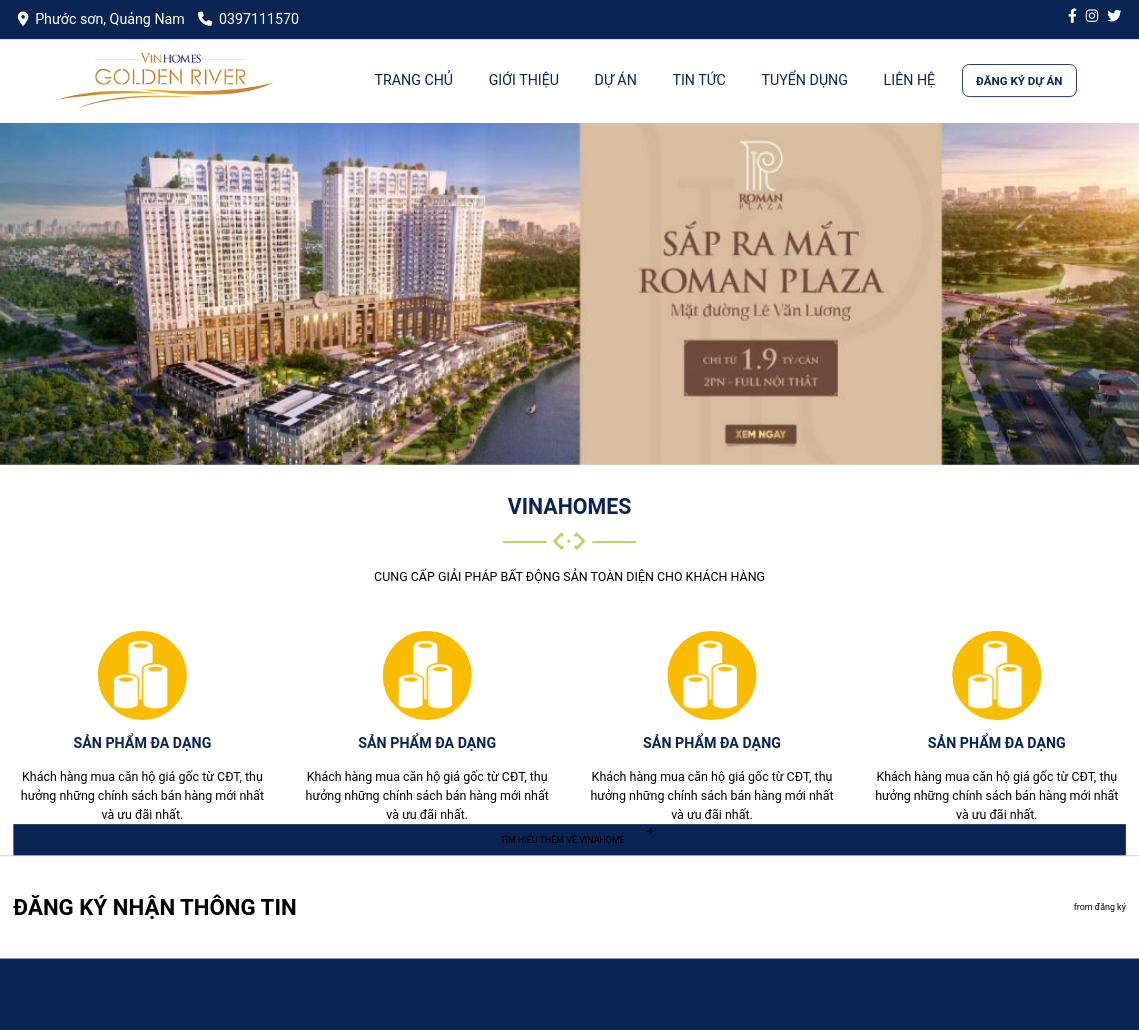
Repository: phamphuc2/fontend-bds
Page: index.html
The author's editor kept a copy of each file at every save. The page is drawn from the files as they stood at one save, then again after the next save.
The browser window is 1280 px wide. The pictures show the part of the page from y = 0 to 1157 px (the page is 1620 px tall before and 1625 px after), at 89% of full size.
A picture or video elsewhere on the page could not be fetched, so the positions and the page height are approximate. Some web libraries are served in a nearby version.

Above is the page before, as saved 2022-06-08 15:29:14.

After the next save:
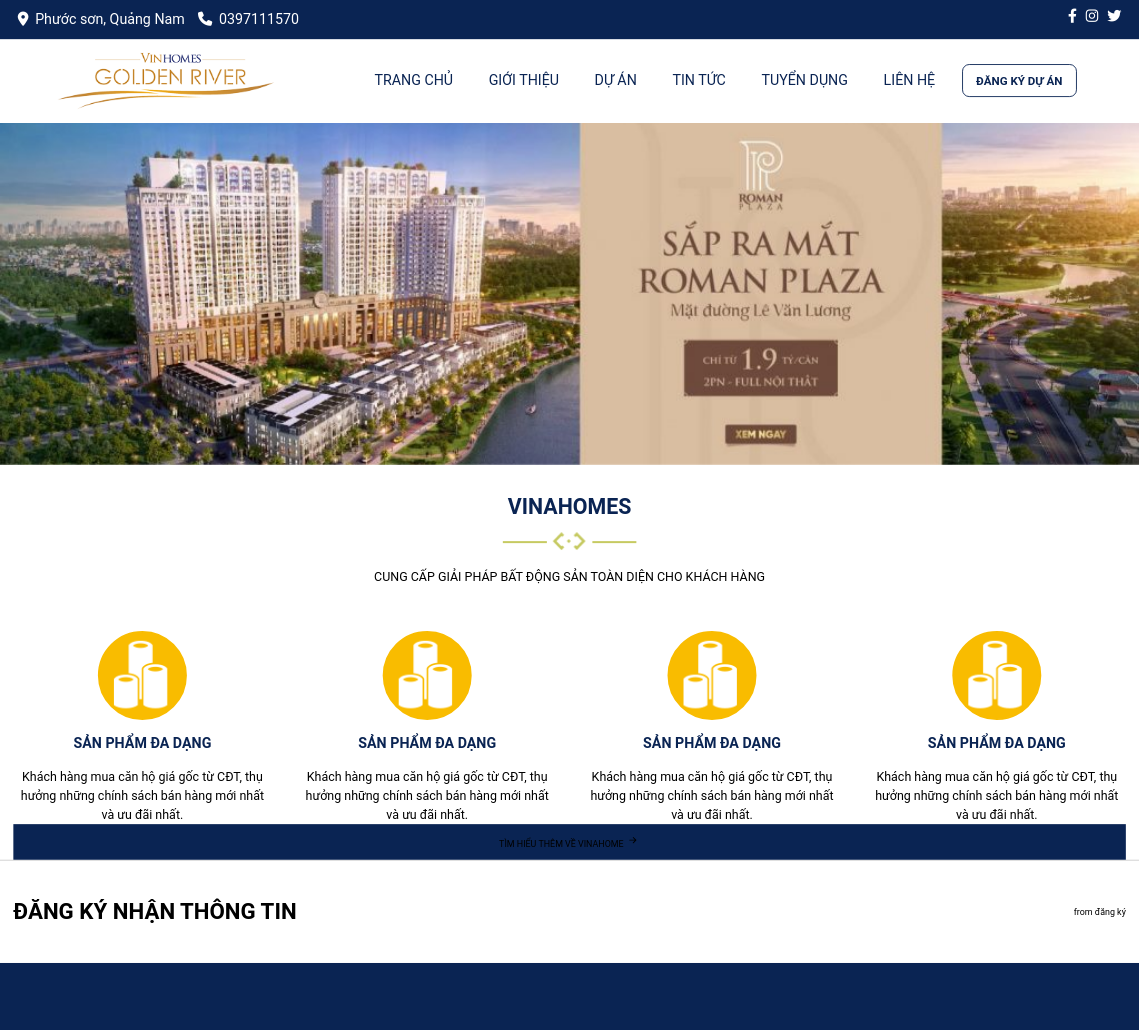
Saved 14 s later.
--- a/index.html
+++ b/index.html
@@ -185,10 +185,10 @@
              </div>
             <div class="col-12">
                 <div class="btn-learn-about">
-                    <a href="">TÌM HIỂU THÊM VỀ VINAHOME</a>
-                    <svg xmlns="http://www.w3.org/2000/svg" width="16" height="16" fill="currentColor" class="bi bi-arrow-right-short" viewBox="0 0 16 16">
+                    <a href="">TÌM HIỂU THÊM VỀ VINAHOME  <svg xmlns="http://www.w3.org/2000/svg" width="16" height="16" fill="currentColor" class="bi bi-arrow-right-short" viewBox="0 0 16 16">
                         <path fill-rule="evenodd" d="M4 8a.5.5 0 0 1 .5-.5h5.793L8.146 5.354a.5.5 0 1 1 .708-.708l3 3a.5.5 0 0 1 0 .708l-3 3a.5.5 0 0 1-.708-.708L10.293 8.5H4.5A.5.5 0 0 1 4 8z"/>
-                      </svg>
+                      </svg></a>
+
                 </div>
             </div>
 
